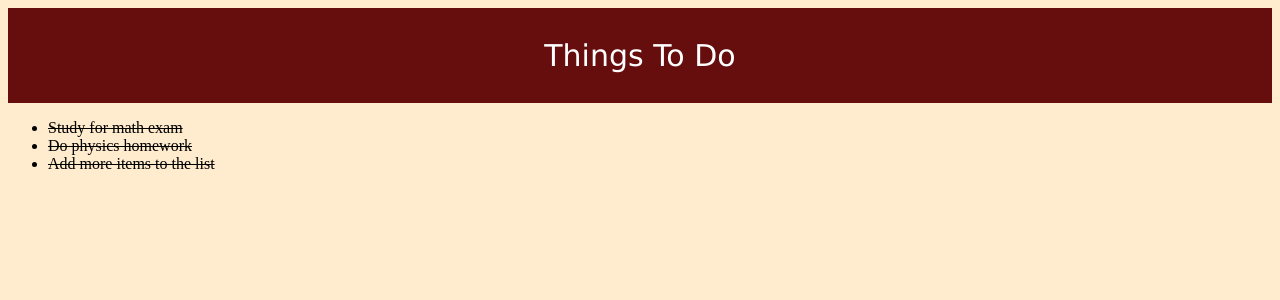
Repository: riya10483/pomodoro
Page: todo.html
These files come from the project's save history. The page is drawn as it stood at one moment and after the next save; the edit follows.
The browser window is 1280 px wide. The pictures show the whole page.

Above is the page before, as saved 2024-09-28 18:43:25.

After the next save:
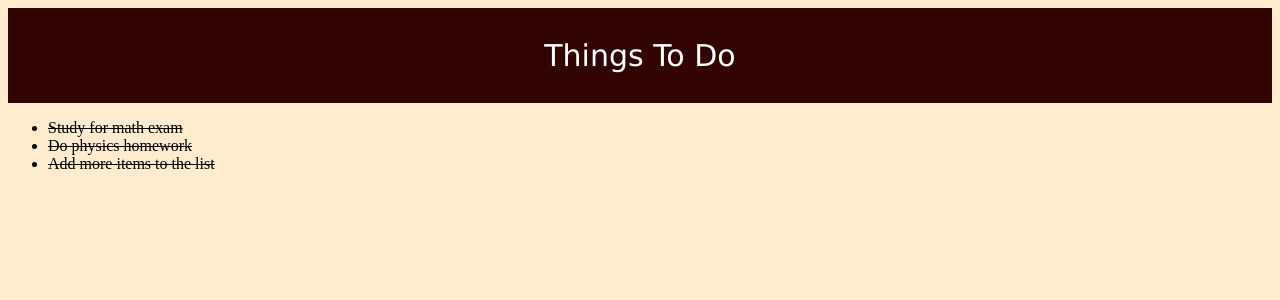
Saved 91 s later.
--- a/todo.css
+++ b/todo.css
@@ -4,7 +4,7 @@
 #header {
     color:white;
     padding: 30px;
-    background-color:rgb(102, 14, 14);
+    background-color:rgb(50, 4, 4);
     text-align: center;
     font-family: Verdana, Geneva, Tahoma, sans-serif;
     font-size: 30px;
